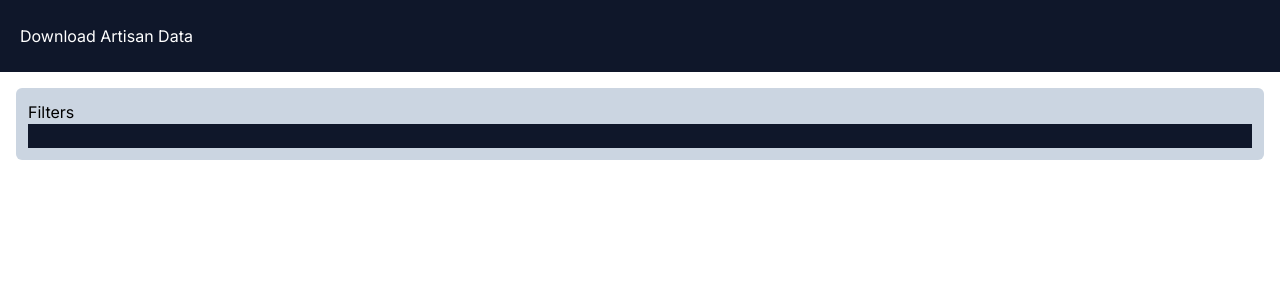
Repository: marcusdashe/artisanindex_frontend
Page: /components/DownloadDataScreen
The author's editor kept a copy of each file at every save. The page is drawn from the files as they stood at one save, then again after the next save.
The browser window is 1280 px wide. The pictures show the whole page.
The project was rebuilt for these pictures with package versions that can differ from the ones it lists, and the page was loaded fresh each time. The framework's server and built-in components were replaced by stand-ins that run in the browser. Also part of the build but not shown: next.config.js.

Above is the page before, as saved 2023-03-07 12:48:22.

After the next save:
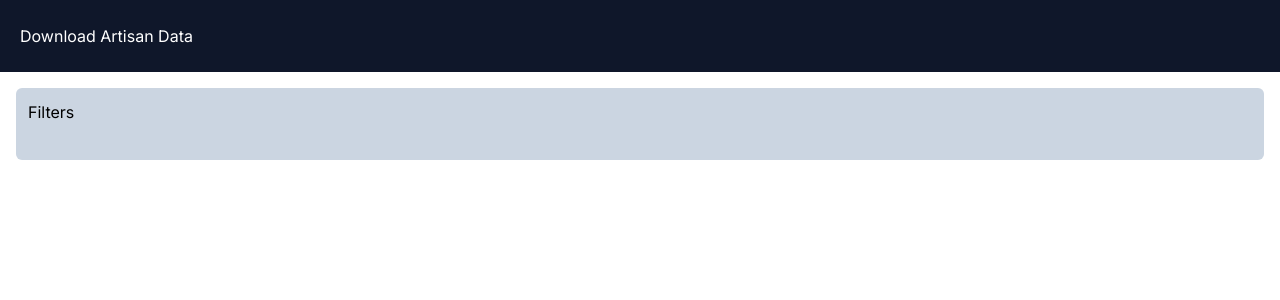
Saved 6 s later.
--- a/pages/components/DownloadDataScreen.js
+++ b/pages/components/DownloadDataScreen.js
@@ -9,7 +9,7 @@ function DownloadDataScreen() {
       <div className="w-full h-[90vh] p-4">
         <div className="w-full rounded-md p-3 bg-slate-300 flex flex-col">
           <h4>Filters</h4>
-          <div className="w-full bg-slate-900 p-3"></div>
+          <div className="w-full p-3"></div>
         </div>
       </div>
     </div>
